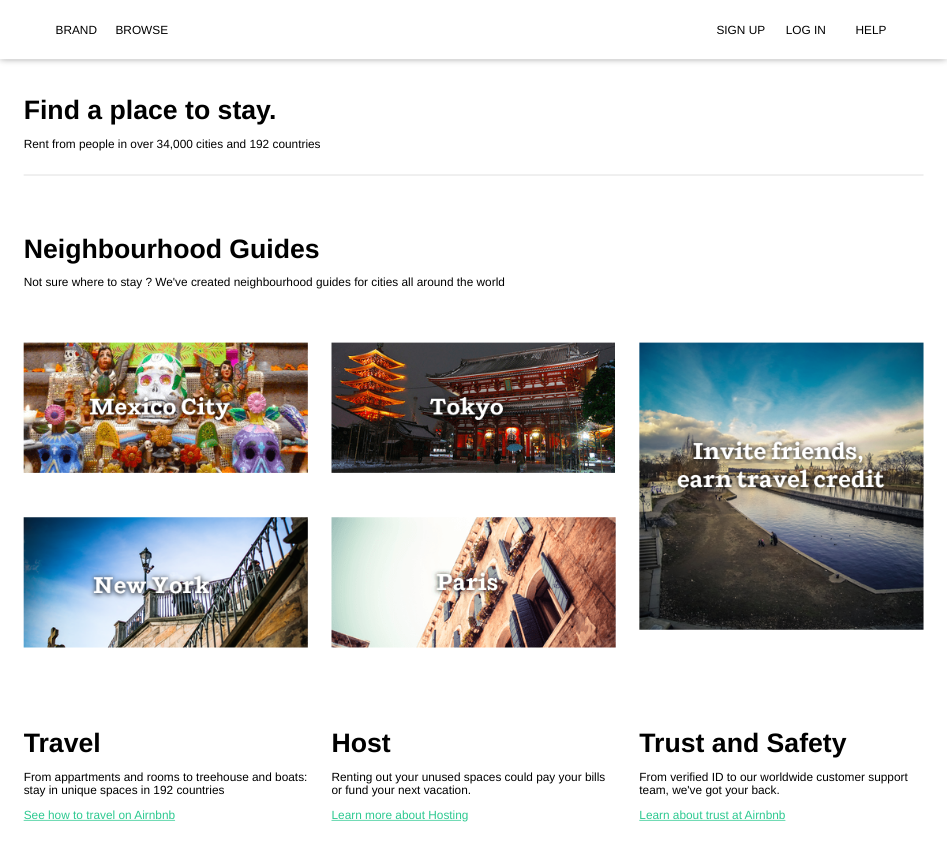
Repository: Naohonproject/web101x02-asm3
Page: Project3.html
An editor plug-in stored every save of this project. The page is shown before and after the next save, followed by the edit.
The browser window is 1280 px wide. The pictures show the whole page, at 74% of full size.

Above is the page before, as saved 2022-01-22 15:47:08.

### Project3.html
<!-- @format -->

<!DOCTYPE html>
<html lang="en">
	<head>
		<meta charset="UTF-8" />
		<meta http-equiv="X-UA-Compatible" content="IE=edge" />
		<meta name="viewport" content="width=device-width, initial-scale=1.0" />
		<link rel="stylesheet" href="./assets/css/style.css" />

		<link rel="stylesheet" href="./assets/css/layout.css" />
		<link rel="stylesheet" href="./assets/css/responsive.css" />
		<title>Home</title>
	</head>
	<body id="web-container">
		<header id="header">
			<div class="header-wrapper">
				<div class="nav-bar">
					<div class="left-col">
						<div class="nav-item ml">
							<a href="#">Brand</a>
						</div>

						<div class="nav-item ml">
							<a href="#">Browse</a>
						</div>
					</div>

					<div class="right-col">
						<div class="nav-item ml">
							<a href="Signup.html" target="_blank">Sign Up</a>
						</div>

						<div class="nav-item ml">
							<a href="login.html" target="_blank">Log In</a>
						</div>

						<div class="nav-item ml mr">
							<a href="#" target="_blank">Help</a>
						</div>
					</div>
				</div>
			</div>
		</header>

		<div id="main" class="p-32">
			<div id="banner">
				<div class="banner-wrapper">
					<div class="content-heading">
						<h1 class="bold-text">Find a place to stay.</h1>
					</div>
					<div class="content-desc">
						<p>Rent from people in over 34,000 cities and 192 countries</p>
					</div>
				</div>
			</div>

			<div id="section">
				<div class="section-wrapper">
					<div class="section-heading">
						<h2 class="bold-text">Neighbourhood Guides</h2>
					</div>
					<div class="section-desc">
						<p>
							Not sure where to stay ? We've created neighbourhood guides for
							cities all around the world
						</p>
					</div>
				</div>
			</div>

			<div id="img-list">
				<div class="img-list-wrapper row">
					<div class="image-block col-tablet-6 col-desktop-4">
						<img
							class="first-img"
							src="./assets/img/web101x-Mexico City.png"
							alt="Mexico City"
							width="360"
						/>
						<img
							src="./assets/img/web101x-New York.png"
							alt="New York City"
							width="360"
						/>
					</div>
					<div class="image-block col-tablet-6 col-desktop-4">
						<img
							class="first-img"
							src="./assets/img/web101x-Tokyo.png"
							alt="Tokyo City"
							width="360"
						/>
						<img
							src="./assets/img/web101x-Paris.png"
							alt="Paris City"
							width="360"
						/>
					</div>
					<div class="image-block col-tablet-6 col-desktop-4">
						<img
							src="./assets/img/web101x-Invitation.png"
							alt="Invitation image"
							width="360"
						/>
					</div>
				</div>
				<div class="clear"></div>
			</div>
		</div>

		<footer id="footer" class="p-32">
			<div class="footer-wrapper row">
				<div class="footer-block col-desktop-4">
					<h3 class="bold-text">Travel</h3>
					<p>
						From appartments and rooms to treehouse and boats: stay in unique
						spaces in 192 countries
					</p>
					<a href="#">See how to travel on Airnbnb</a>
				</div>

				<div class="footer-block col-desktop-4">
					<h3 class="bold-text">Host</h3>
					<p>
						Renting out your unused spaces could pay your bills or fund your
						next vacation.
					</p>
					<a href="#">Learn more about Hosting</a>
				</div>

				<div class="footer-block col-desktop-4">
					<h3 class="bold-text">Trust and Safety</h3>
					<p>
						From verified ID to our worldwide customer support team, we've got
						your back.
					</p>
					<a href="#">Learn about trust at Airnbnb</a>
				</div>
				<div class="clear"></div>
			</div>
		</footer>
	</body>
</html>

### assets/css/style.css
/**
 * /* ======reset css======
 *
 * @format
 */

*,
::before,
::after {
	padding: 0;
	margin: 0;
	box-sizing: border-box;
	list-style-type: none;
	text-decoration: none;
	color: #000;
}

html {
	font-family: "Helvetica Neue", Helvetica, Arial;
}

.header-wrapper {
	font-size: 16px;
}

.nav-bar a {
	color: #fff;
	text-transform: uppercase;
}

### assets/css/layout.css
/** @format */

.ml {
	margin-left: 10px;
}

.mr {
	margin-right: 10px;
}

.row {
	display: flex;
	flex-direction: row;
	flex-wrap: wrap;
}

.bold-text {
	font-size: 36px;
	font-weight: bold;
}

.row > * {
	width: 100%;
	max-width: 100%;
	flex-shrink: 0;
}

.col-1 {
	width: 8.33%;
}
.col-2 {
	width: 16.66%;
}
.col-3 {
	width: 25%;
}
.col-4 {
	width: 33.33%;
}
.col-5 {
	width: 41.66%;
}
.col-6 {
	width: 50%;
}
.col-7 {
	width: 58.33%;
}
.col-8 {
	width: 66.66%;
}
.col-9 {
	width: 75%;
}
.col-10 {
	width: 83.33%;
}
.col-11 {
	width: 91.66%;
}
.col-12 {
	width: 100%;
}

#header {
	width: 100%;
	height: 80px;
	background-color: #60646d;
	background-clip: border-box;
	position: fixed;
	left: 0;
	top: 0;
	z-index: 1;
}

.nav-bar {
	display: flex;
	flex-direction: row;
	flex-wrap: no-wrap;
	align-items: center;
	justify-content: space-evenly;
	padding: 0 20px;
}

.nav-item {
	width: 70px;
	height: 80px;
	padding: 32px 0;
	text-align: center;
}

.left-col {
	display: flex;
	flex: 2;
	flex-direction: row;
	justify-content: space-around;
	align-items: center;
}

.right-col {
	display: flex;
	flex: 3;
	flex-direction: row;
	justify-content: space-around;
	align-items: center;
}

#main {
	margin-top: 60px;
}

#main,
#footer {
	padding: 32px;
}

#banner {
	width: 100%;
	background-color: #fff;
	color: #000;
	position: relative;
	top: 0;
	left: 0;
}

div[class*="-heading"] {
	padding-top: 36px;
}

div[class*="-desc"] {
	margin-top: 16px;
}

#section {
	margin-top: 42px;
}

#img-list {
	width: 100%;
}

.img-list-wrapper {
	padding: 24px 0;
	margin: 0 auto;
}

#img-list img {
	width: 100%;
	margin-top: 56px;
}

.footer-block {
	padding: 24px 0;
}

.footer-block > * {
	padding: 16px 0;
}

#footer a {
	color: #2cc990;
	text-decoration: underline;
}

### assets/css/responsive.css
/** @format */

/* ========responsive for tablet */

@media screen and (min-width: 768px) {
	#header {
		background-color: #60646d;
	}

	.nav-bar {
		padding: 0 28px;
	}

	.left-col {
		justify-content: flex-start;
	}

	.right-col {
		justify-content: flex-end;
	}

	.ml {
		margin-left: 14px;
	}

	.mr {
		margin-right: 14px;
	}

	.img-list-wrapper {
		margin: 0 -24px;
	}

	.col-tablet-1 {
		width: 8.33%;
	}
	.col-tablet-2 {
		width: 16.66%;
	}
	.col-tablet-3 {
		width: 25%;
	}
	.col-tablet-4 {
		width: 33.33%;
	}
	.col-tablet-5 {
		width: 41.66%;
	}
	.col-tablet-6 {
		width: 50%;
		padding: 0 24px;
	}
	.col-tablet-7 {
		width: 58.33%;
	}
	.col-tablet-8 {
		width: 66.66%;
	}
	.col-tablet-9 {
		width: 75%;
	}
	.col-tablet-10 {
		width: 83.33%;
	}
	.col-tablet-11 {
		width: 91.66%;
	}
	.col-tablet-12 {
		width: 100%;
	}

	#footer p {
		padding-top: 0;
	}

	#main {
		padding-bottom: 0;
	}

	#footer {
		padding-top: 0;
	}

	.footer-block {
		margin-top: 32px;
	}

	#banner {
		border-bottom: 1px solid #d4d4d4;
	}

	div[class*="-desc"] {
		padding-bottom: 32px;
	}

	#img-list {
		margin-top: -56px;
	}
}

/* ========responsive for desktop */

@media screen and (min-width: 992px) {
	#header {
		background-color: #fff;
		box-shadow: 0 0 10px gray;
	}

	.nav-bar {
		padding: 0 50px;
	}

	.left-col {
		justify-content: flex-start;
	}

	.right-col {
		justify-content: flex-end;
	}

	.ml {
		margin-left: 18px;
	}

	.mr {
		margin-right: 18px;
	}

	.nav-bar a {
		color: #000;
	}
	.row {
		margin: 0 -16px;
	}

	.col-desktop-1 {
		width: 8.33%;
	}
	.col-desktop-2 {
		width: 16.66%;
	}
	.col-desktop-3 {
		width: 25%;
	}
	.col-desktop-4 {
		width: 33.33%;
		padding: 16px;
	}
	.col-desktop-5 {
		width: 41.66%;
	}
	.col-desktop-6 {
		width: 50%;
	}
	.col-desktop-7 {
		width: 58.33%;
	}
	.col-desktop-8 {
		width: 66.66%;
	}
	.col-desktop-9 {
		width: 75%;
	}
	.col-desktop-10 {
		width: 83.33%;
	}
	.col-desktop-11 {
		width: 91.66%;
	}
	.col-desktop-12 {
		width: 100%;
	}

	#banner {
		position: relative;
	}
}

After the next save:
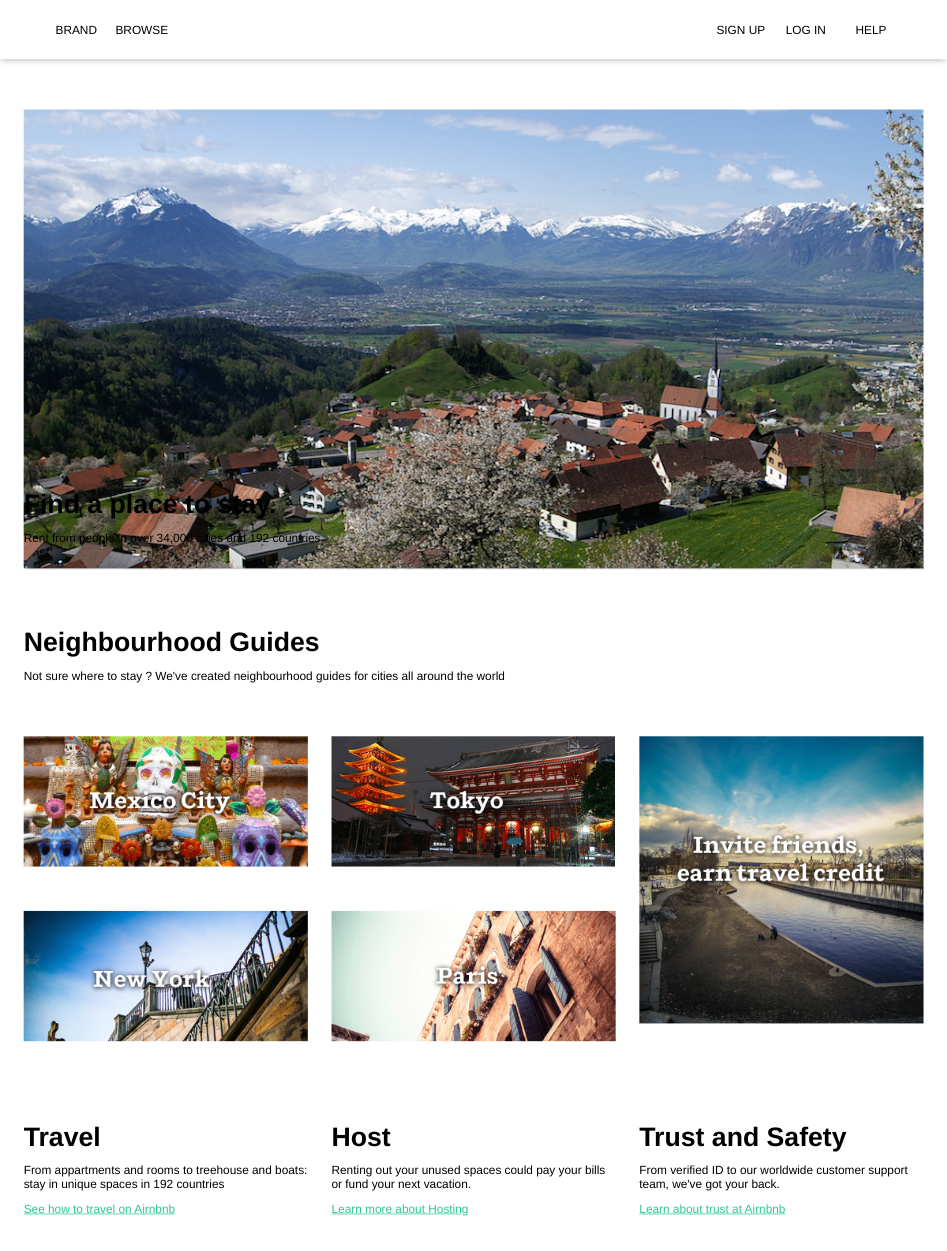
Saved 36 s later.
--- a/assets/css/responsive.css
+++ b/assets/css/responsive.css
@@ -173,5 +173,13 @@
 
 	#banner {
 		position: relative;
+		width: 100%;
+		margin-top: 56px;
+		padding-top: 39.123607%;
+		background: url(../img/banner/banner.png) top center / cover no-repeat;
+		background-origin: border-box;
+		position: relative;
+		top: 0;
+		left: 0;
 	}
 }
